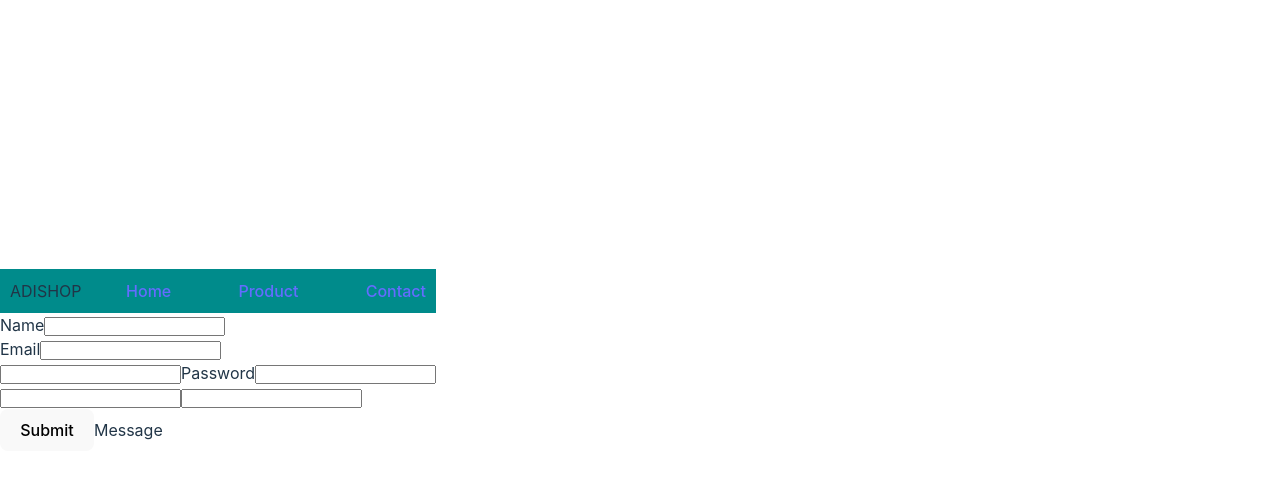
Repository: Aditya0377/React-ecommercewebsite
Page: /contact (app in ecommerce/)
These files come from the project's save history. The page is drawn as it stood at one moment and after the next save; the edit follows.
The browser window is 1280 px wide. The pictures show the whole page.
The project was rebuilt for these pictures with package versions that can differ from the ones it lists, and the page was loaded fresh each time. Also part of the build but not shown: ecommerce/vite.config.js, ecommerce/src/components/Home.jsx, ecommerce/src/components/Product.css, ecommerce/src/components/Product.jsx, ecommerce/src/components/Contact.css.

Above is the page before, as saved 2025-01-21 15:46:25.

### ecommerce/src/main.jsx
import { BrowserRouter } from 'react-router-dom'
import { createRoot } from 'react-dom/client'
import './index.css'
import App from './App.jsx'

createRoot(document.getElementById('root')).render(
  <BrowserRouter>
    <App />
  </BrowserRouter>


)

### ecommerce/src/App.jsx
import React from 'react'
import Header from './components/Header'
import { Routes, Route } from 'react-router-dom'
import Home from './components/Home'
import Product from './components/Product'
import Contact from './components/Contact'

const App = () => {
  return (
    <div>
      <Header />
      <Routes>
        <Route path='/' element={<Home />} />
        <Route path='/product' element={<Product />} />
        <Route path='/contact' element={<Contact />} />

      </Routes>
    </div>
  )
}

export default App

### ecommerce/src/components/Header.jsx
import React from 'react'
import "./Header.css"
import { Link } from "react-router-dom"
const Header = () => {
    return (
        <div className='nav'>
            <div className="logo">ADISHOP</div>
            <div className="menu">
                <ul>
                    <li>
                        <Link to='/'>Home</Link>
                    </li>
                    <li>
                        <Link to='/product'>Product</Link>
                    </li>
                    <li>
                        <Link to='/contact'>Contact</Link>

                    </li>
                </ul>
            </div>
        </div>
    )
}

export default Header

### ecommerce/src/components/Contact.jsx
import React from 'react'
import "./Contact.css"
const Contact = () => {
    return (
        <div className='paradiv'>
            <form className='contact'>
                <label>Name</label>
                <input type='text' /><br />
                <label>Email</label>
                <input type='text' /><br />
                <input type='email' />
                <label>Password</label>
                <input type='text' /><br />
                <input type='password' />
                <input type='text' /><br />
                <button>Submit</button>
                <label>Message</label>
                <div className='message'> </div>
            </form>
        </div >
    )
}

export default Contact

### ecommerce/src/components/Header.css
*{
    box-sizing: border-box;
    margin: 0px;
    padding: 0px;
}

.nav{
    padding:10px;
    display: flex;
    justify-content: space-between;
    align-items: center;
    background-color: darkcyan;
}
.menu ul {
    list-style: none;
    display: flex;
    width: 300px;
    justify-content: space-between;
}

Loaded but not shown: ecommerce/index.html (common file); ecommerce/src/index.css (common file); ecommerce/src/components/Home.css (no stored copy; drawn as an empty file)

After the next save:
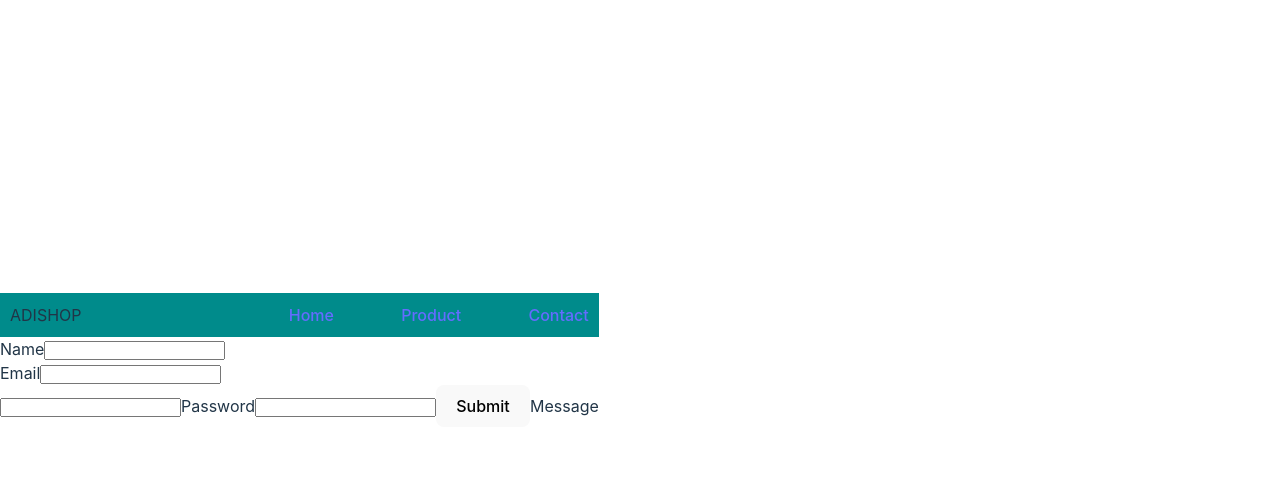
Saved 17 s later.
--- a/ecommerce/src/components/Contact.jsx
+++ b/ecommerce/src/components/Contact.jsx
@@ -10,9 +10,7 @@ const Contact = () => {
                 <input type='text' /><br />
                 <input type='email' />
                 <label>Password</label>
-                <input type='text' /><br />
                 <input type='password' />
-                <input type='text' /><br />
                 <button>Submit</button>
                 <label>Message</label>
                 <div className='message'> </div>
